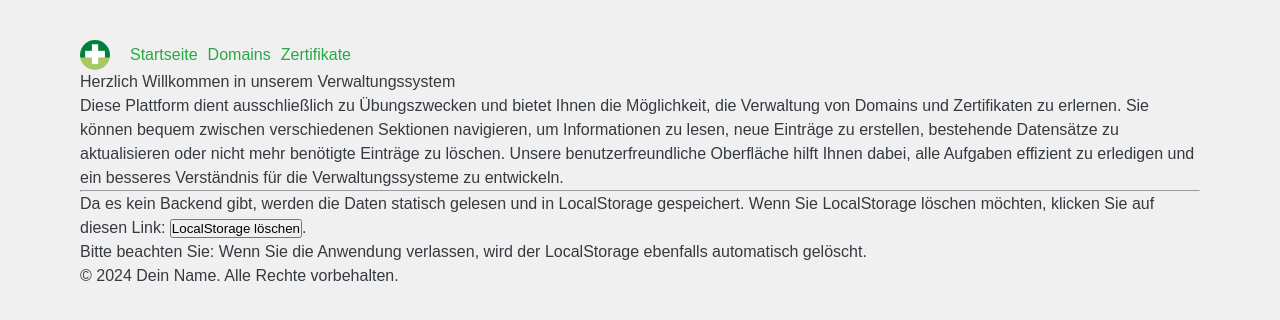
Repository: bajricadmir/verwaltungssystem-vanilla-html-css
Page: index.html
The author's editor kept a copy of each file at every save. The page is drawn from the files as they stood at one save, then again after the next save.
The browser window is 1280 px wide. The pictures show the whole page.

Above is the page before, as saved 2024-10-14 10:57:17.

### index.html
<!DOCTYPE html>
<html lang="en">
  <head>
    <meta charset="UTF-8" />
    <meta name="viewport" content="width=device-width, initial-scale=1.0" />
    <link
      rel="shortcut icon"
      href="./assets/images/favicon.ico"
      type="image/x-icon"
    />
    <link rel="stylesheet" href="style.css" />
    <title>Verwaltungssystem</title>
  </head>
  <body>
    <header class="header">
      <nav class="navigation">
        <img src="./assets/images/favicon.ico" alt="Logo" class="logo" />

        <ul class="nav-list">
          <li class="nav-item">
            <a class="nav-link" href="#home">Startseite</a>
          </li>
          <li class="nav-item">
            <a class="nav-link" href="#about">Domains</a>
          </li>
          <li class="nav-item">
            <a class="nav-link" href="#contact">Zertifikate</a>
          </li>
        </ul>
      </nav>
    </header>

    <main>
      <section>
        <div class="alert">
          <div class="alert-heading">
            Herzlich Willkommen in unserem Verwaltungssystem
          </div>
          <p>
            Diese Plattform dient ausschließlich zu Übungszwecken und bietet
            Ihnen die Möglichkeit, die Verwaltung von Domains und Zertifikaten
            zu erlernen. Sie können bequem zwischen verschiedenen Sektionen
            navigieren, um Informationen zu lesen, neue Einträge zu erstellen,
            bestehende Datensätze zu aktualisieren oder nicht mehr benötigte
            Einträge zu löschen. Unsere benutzerfreundliche Oberfläche hilft
            Ihnen dabei, alle Aufgaben effizient zu erledigen und ein besseres
            Verständnis für die Verwaltungssysteme zu entwickeln.
          </p>
          <hr />
          <p>
            Da es kein Backend gibt, werden die Daten statisch gelesen und in
            LocalStorage gespeichert. Wenn Sie LocalStorage löschen möchten,
            klicken Sie auf diesen Link:
            <button type="button" class="btn">LocalStorage löschen</button
            >.<br />Bitte beachten Sie: Wenn Sie die Anwendung verlassen, wird
            der LocalStorage ebenfalls automatisch gelöscht.
          </p>
        </div>
      </section>
    </main>

    <footer>
      <p>&copy; 2024 Dein Name. Alle Rechte vorbehalten.</p>
    </footer>
  </body>
</html>

### style.css
:root {
  --primary-color: #007bff;
  --secondary-color: #6c757d;
  --success-color: #28a745;
  --danger-color: #dc3545;
  --warning-color: #ffc107;
  --info-color: #17a2b8;
  --light-color: #f8f9fa;
  --dark-color: #343a40;

  --font-size-base: 16px;
  --font-family-base: "Arial", sans-serif;
  --background-color: #f0f0f0;
}

/* CSS Reset */
* {
  margin: 0;
  padding: 0;
  box-sizing: border-box;
}

html,
body {
  height: 100%;
  font-family: var(--font-family-base);
  line-height: 1.5;
}

body {
  padding: 40px 80px 0px 80px;
}

ul {
  list-style: none;
}

a {
  text-decoration: none;
  color: inherit;
}

button {
  cursor: pointer;
}

table {
  border-collapse: collapse;
  width: 100%;
}

body {
  background-color: var(--background-color);
  color: var(--dark-color);
}

h1,
h2,
h3,
h4,
h5,
h6 {
  color: var(--primary-color);
}

.navigation {
  display: flex;
  align-items: center;
}

.logo {
  width: 30px;
  height: 30px;
  border-radius: 15px;
  margin-right: 20px;
}

.nav-list {
  display: flex;
  align-items: center;
}

.nav-item {
  margin-right: 10px;
  color: var(--success-color);
  cursor: pointer;
}

After the next save:
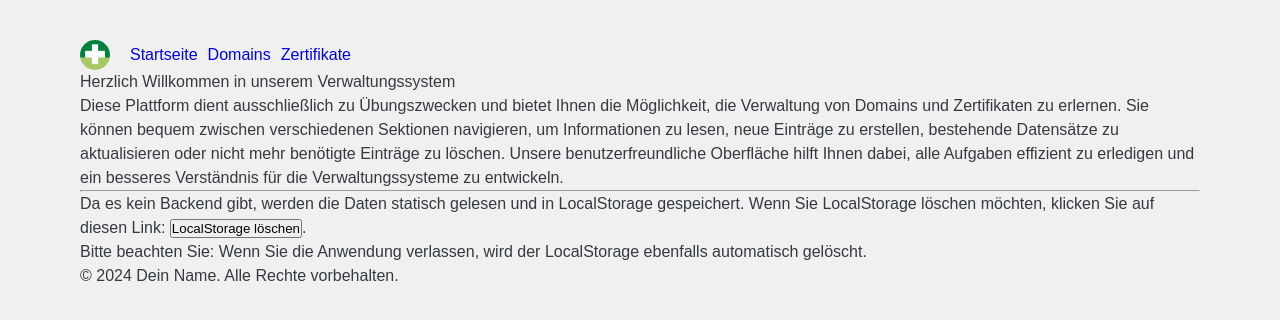
Saved 19 s later.
--- a/style.css
+++ b/style.css
@@ -37,7 +37,6 @@
 
 a {
   text-decoration: none;
-  color: inherit;
 }
 
 button {

After the save that followed:
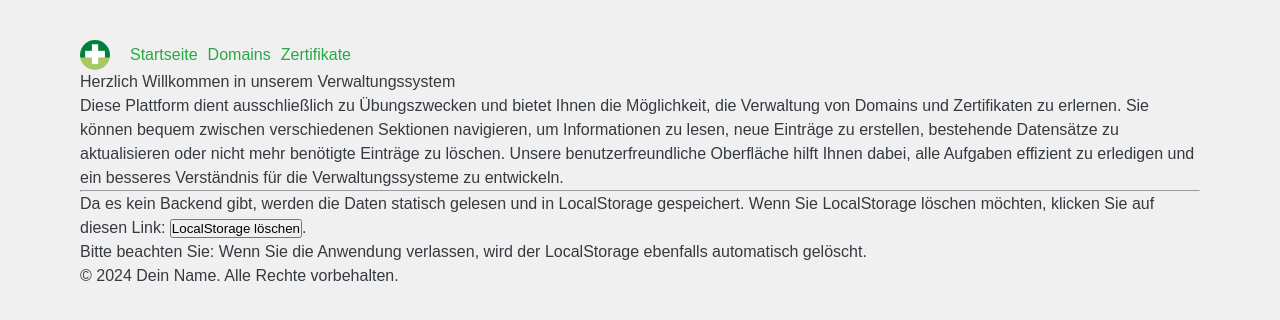
Saved 10 s later.
--- a/style.css
+++ b/style.css
@@ -37,6 +37,7 @@
 
 a {
   text-decoration: none;
+  color: inherit;
 }
 
 button {
